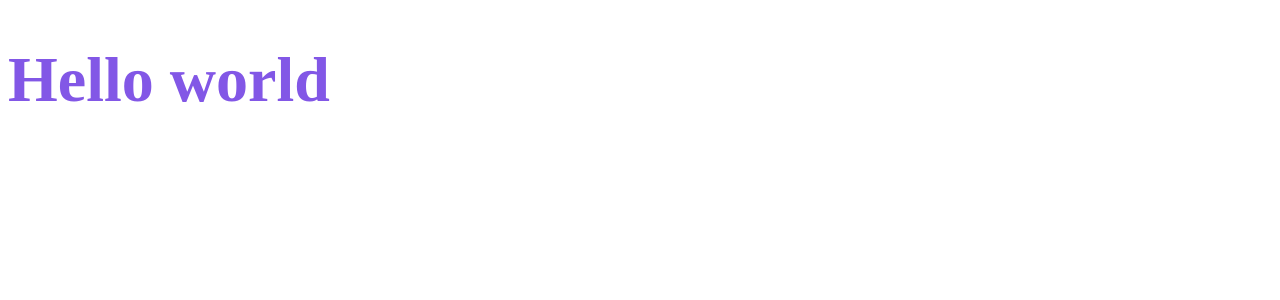
Repository: lucaslopesdevv/dtmoney
Page: /
The author's editor kept a copy of each file at every save. The page is drawn from the files as they stood at one save, then again after the next save.
The browser window is 1280 px wide. The pictures show the whole page.
The project was rebuilt for these pictures with package versions that can differ from the ones it lists, and the page was loaded fresh each time.

Above is the page before, as saved 2021-12-06 19:10:50.

After the next save:
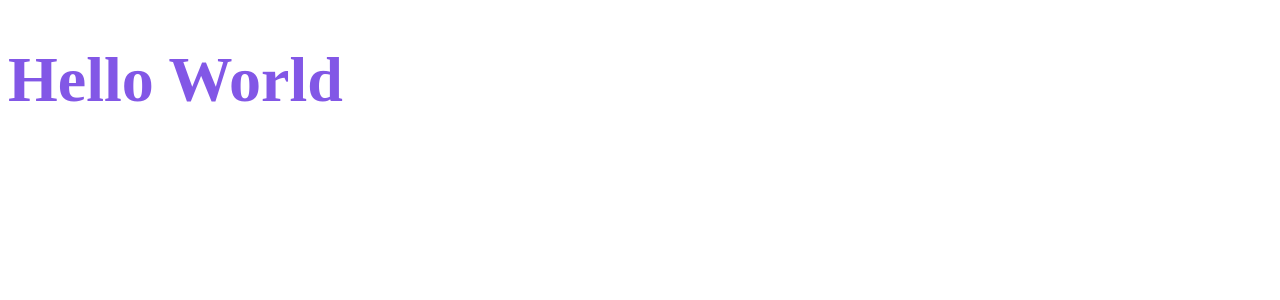
Saved 7 s later.
--- a/src/App.tsx
+++ b/src/App.tsx
@@ -8,7 +8,7 @@ color: #8257e6
 export function App() {
   return (
     <div className="App">
-      <Title>Hello world</Title>
+      <Title>Hello World</Title>
     </div>
   );
 }
